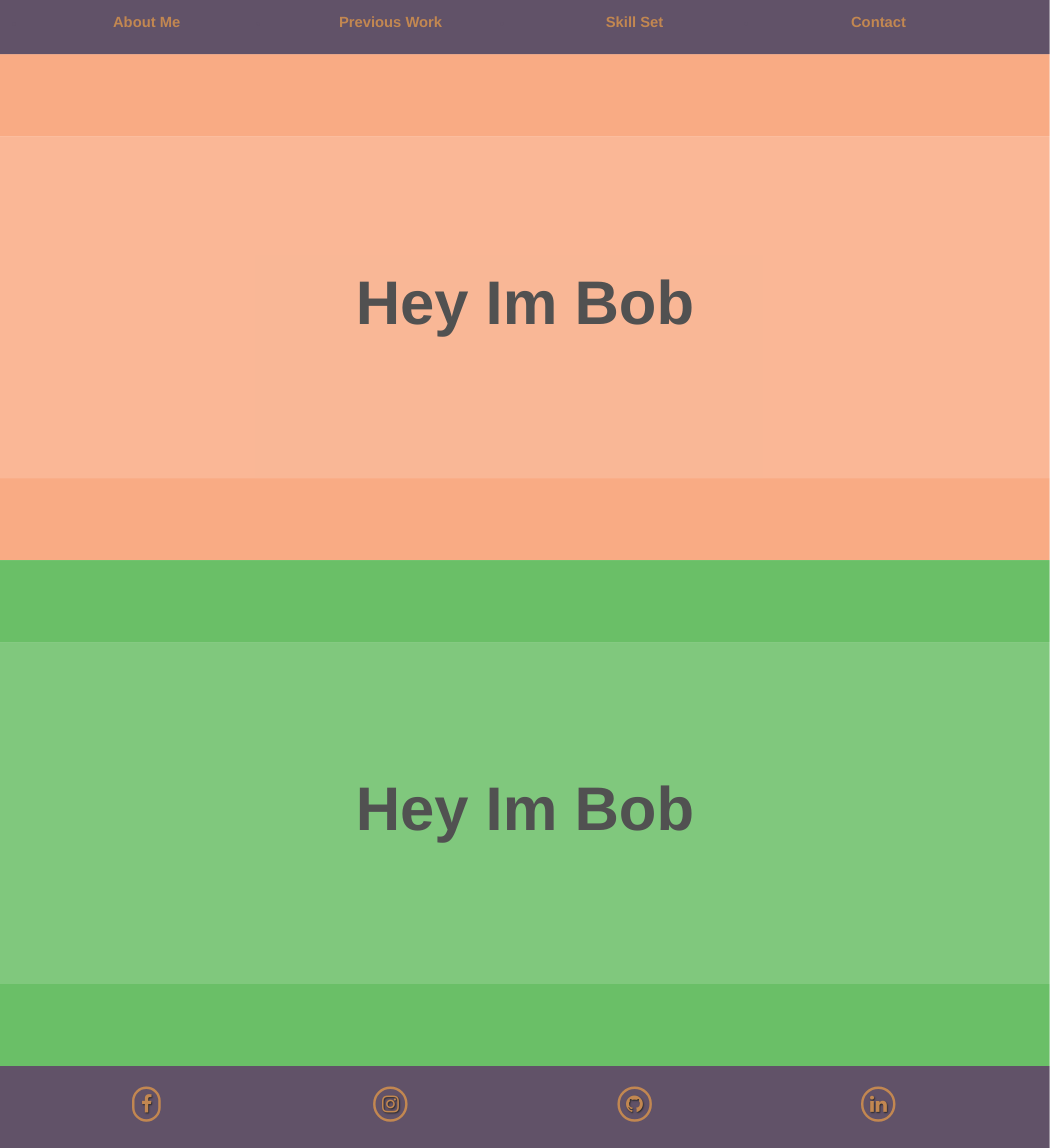
Repository: Rang3rDang3r/Portfolio
Page: main.html
The author's editor kept a record of every edit. The page is drawn from the files as they stood at one moment, then again after the next edit.
The browser window is 1280 px wide. The pictures show the whole page, at 82% of full size.

Above is the page before.

### main.html
<!DOCTYPE html>
<html lang="en">
<head>

    <meta charset="UTF-8">
    <meta name="viewport" content="width=device-width, initial-scale=1.0">
    <meta http-equiv="X-UA-Compatible" content="ie=edge">

    <!-- Stylesheets -->
    <link rel="stylesheet" href="main-style.css" type="text/css" />
    <link rel="stylesheet" href="https://maxcdn.bootstrapcdn.com/bootstrap/3.3.7/css/bootstrap.min.css">
    <link rel="stylesheet" href="https://maxcdn.bootstrapcdn.com/font-awesome/4.7.0/css/font-awesome.min.css" type="text/css" />
    <link href="https://fonts.googleapis.com/css?family=Arimo&display=swap" rel="stylesheet">
    <!-- /Stylesheets -->

    <title>Stuart Evans - Web Developer</title>

</head>
<body>

    <!-- Nav Bar -->
    <nav>
        <div class="container-fluid">
            <div class="row col-xs-12">
                <ul class="nav-bar col-xs-12">
                    <li class="nav-link col-xs-6 col-sm-3">
                        <a href="#">About Me</a>
                    </li>
                    <li class="nav-link col-xs-6 col-sm-3">
                        <a href="#">Previous Work</a>
                    </li>
                    <li class="nav-link col-xs-6 col-sm-3">
                        <a href="#">Skill Set</a>
                    </li>
                    <li class="nav-link col-xs-6 col-sm-3">
                        <a href="#">Contact</a>
                    </li>
                </ul>
            </div>
        </div>
    </nav>
    <!--/Nav Bar -->

    <!-- About Me -->
    <section>
        <div class="vivid-tangerine-b"></div>
            <div class="vivid-tangerine">
                <p><strong>Hey Im Bob</strong></p>
            </div>
        <div class="vivid-tangerine-b"></div>

        <div class="mantis-b"></div>
            <div class="mantis">
                <p><strong>Hey Im Bob</strong></p>
            </div>
        <div class="mantis-b"></div>
    </section>
    <!-- About Me -->

    <!-- Previous Work -->
    <section>

    </section>
    <!-- Previous Work -->

    <!-- Skill Set -->
    <section>

    </section>
    <!-- Skill Set -->

    <!-- Contact Form -->
    <section>

    </section>
    <!-- Contact Form -->

    <!-- Footer -->
    <footer>
        <div class="container-fluid">
            <div class="row col-xs-12">
                <ul class="footer-format col-xs-12">
                    <li class="footer-links col-xs-6 col-md-3">
                        <a href="https://www.facebook.com/ranger.danger.91" alt="Facebook" target="_blank"><i class="fa fa-facebook"></i></a>
                    </li>
                    <li class="footer-links col-xs-6 col-md-3">
                        <a href="https://www.instagram.com/rangerroo/" alt="Instagram" target="_blank"><i class="fa fa-instagram"></i></a>
                    </li>
                    <li class="footer-links col-xs-6 col-md-3">
                        <a href="https://github.com/Rang3rDang3r" alt="GitHub" target="_blank"><i class="fa fa-github"></i></a>
                    </li>
                    <li class="footer-links col-xs-6 col-md-3">
                        <a href="https://www.linkedin.com/in/stuart-evans-b672a6139/" alt="LinkedIn" target="_blank"><i class="fa fa-linkedin"></i></a>
                    </li>
                </ul>
            </div>
        </div>
    </footer>
    <!-- /Footer -->

</body>
</html>

### main-style.css
/*--- Font Family ---*/

@import url("https://fonts.googleapis.com/css?family=Arimo:100,200,300,400,500,600,700");

/*--- Background Images ---*/


/*--- Header Format ---*/

h1
h2
h3
h4
h5
h6 {
    font-family: "Arimo", sans-serif;
}

a {
    text-decoration: none !important;
}

/*--- Nav Bar ---*/

nav {
    background-color: #46344e;
    opacity: 0.85;
}

.nav-link {
    color: #46344e;
    text-align: center;
    margin-top: 15px;
    margin-bottom: 15px;
}

.nav-link a {
    color: rgb(184, 115, 51);
    font-family: "Arimo", sans-serif;
    font-weight: bold;
    font-size: large;
}

.nav-link a:hover {
    color: #ffffff;
    transition-duration: 1s;
    transition-timing-function: ease-in-out;
}

/*--- Footer ---*/

footer{
    clear: both;
    min-height: 100px;
    background-color: #46344e;
    opacity: 0.85;
    float: none;
}

.footer-links {
    text-align: center;
}

.footer-format {
    margin-bottom: 20px;
}

.footer-format li {
    color: #46344e;
    padding-top: 15px;
    padding-bottom: 15px;
    margin-top: 15px;
}

.footer-format li a {
    font-family: "Arimo", sans-serif;
    color: rgb(184, 115, 51);
    font-size: x-large;
    text-shadow: 1px 1px 2px #000000;
    padding: 5px 7.5px 5px 7.5px;
    border: 3px solid rgb(184, 115, 51);
    border-radius: 25px;
}

.footer-format li a:hover {
    color: #ffffff;
    border: 5px solid #ffffff;
    transition-duration: 1s;
    transition-timing-function: ease-in-out;
}

/*--- Media Queries ---*/

@media(min-width: 768px) {
    .footer-links {
        display: inline;
    }
}

.vivid-tangerine {
    background-color: #f9ab84;
    padding-top: 150px;
    padding-bottom: 150px;
    opacity: 0.85;
    text-align: center;
    font-size: 75px;
}

.vivid-tangerine-b {
    background-color: #f9ab84;
    opacity: 1;
    padding-top: 50px;
    padding-bottom: 50px;

}
.mantis {
    background-color: #6abf67;
    padding-top: 150px;
    padding-bottom: 150px;
    opacity: 0.85;
    text-align: center;
    font-size: 75px;
}

.mantis-b {
    background-color: #6abf67;
    opacity: 1;
    padding-top: 50px;
    padding-bottom: 50px;

}

After the next edit:
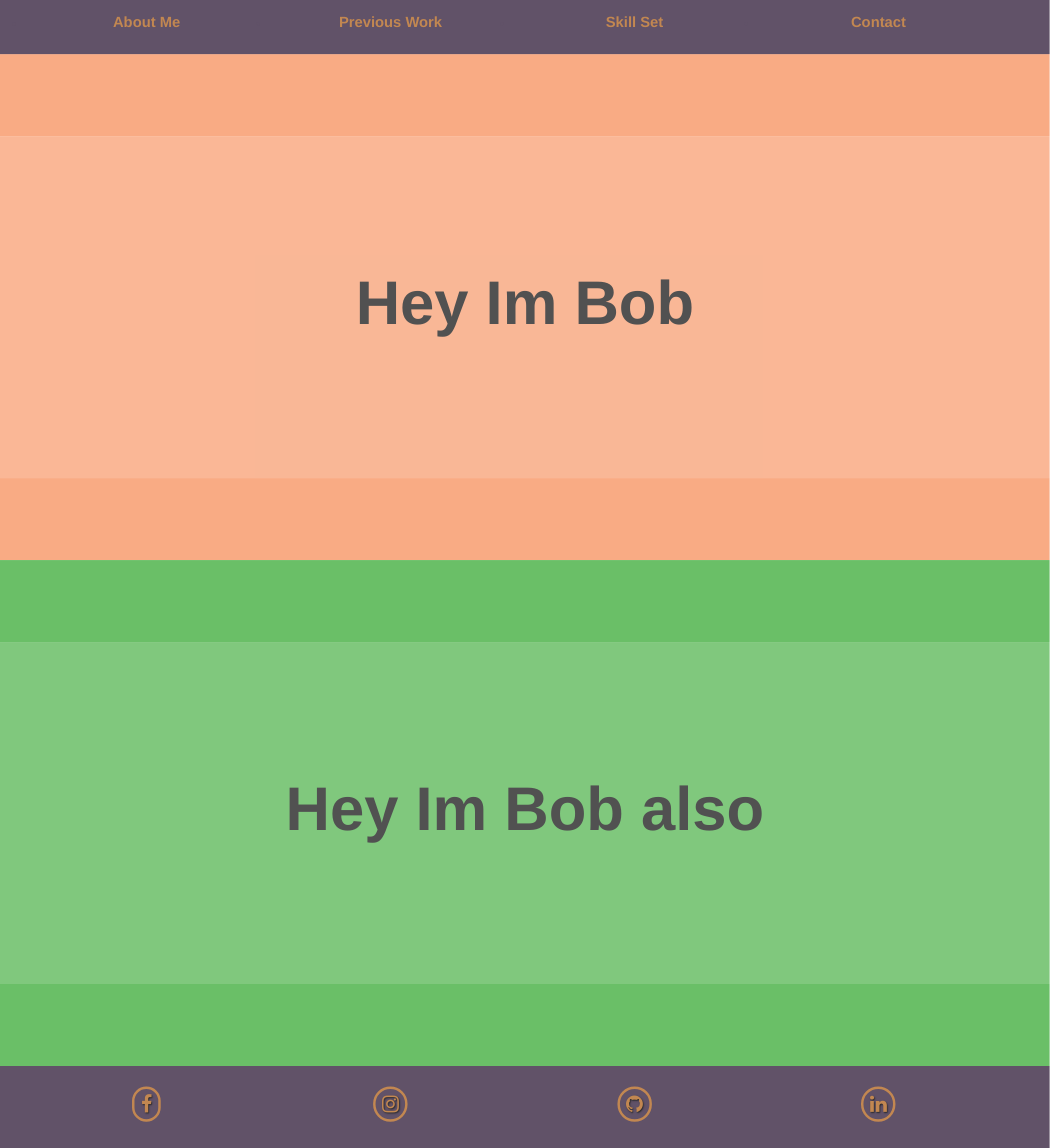
The edit:
--- a/main.html
+++ b/main.html
@@ -51,7 +51,7 @@
 
         <div class="mantis-b"></div>
             <div class="mantis">
-                <p><strong>Hey Im Bob</strong></p>
+                <p><strong>Hey Im Bob also</strong></p>
             </div>
         <div class="mantis-b"></div>
     </section>
